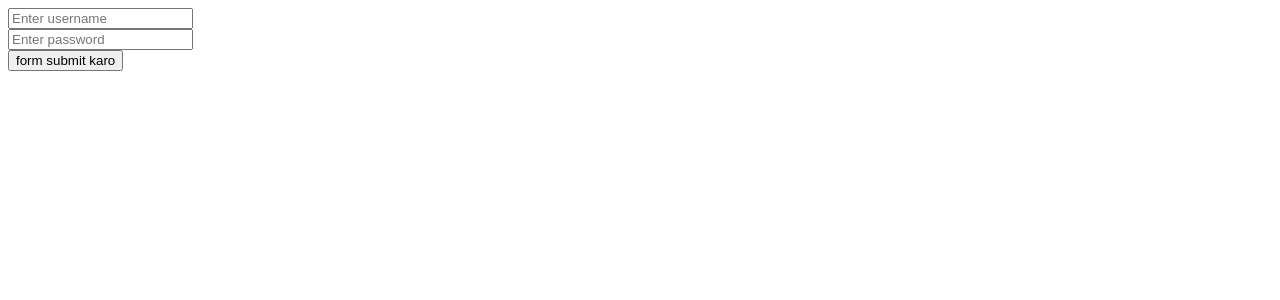
Repository: Solankinikhil/DailyWork
Page: eclipse-workspace/javaScriptExamples/WebContent/login.html
The author's editor kept a copy of each file at every save. The page is drawn from the files as they stood at one save, then again after the next save.
The browser window is 1280 px wide. The pictures show the whole page.

Above is the page before, as saved 2020-03-11 08:38:24.

### eclipse-workspace/javaScriptExamples/WebContent/login.html
<!DOCTYPE html>
<html>
<head>
<meta charset="ISO-8859-1">
<title>Insert title here</title>
</head>
<body>
	<form action="">
		<input type="text" name="un" placeholder="Enter username" /><br /> <input
			type="password" name="pwd" placeholder="Enter password" /><br /> <input
			type="submit" value="form submit karo" />
	</form>
</body>
<script type="text/javascript">
	function sayHello() {
		document.write("<h1>Hello Good Afternoon</h1>")
	}
</script>
	</html>

After the next save:
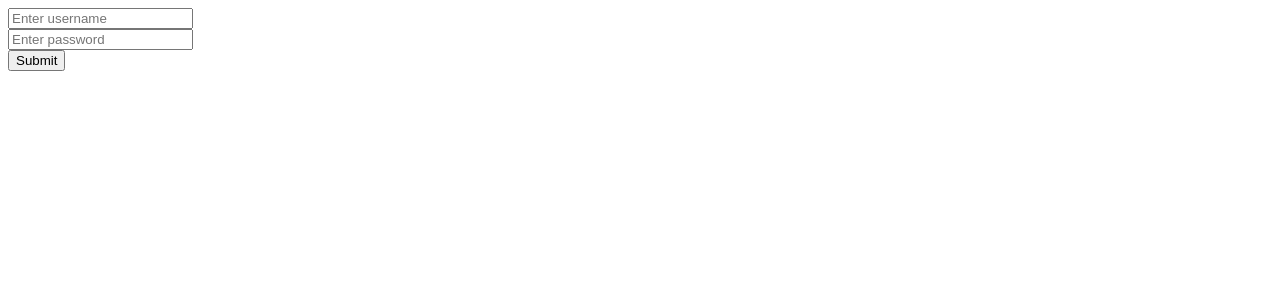
Saved 64 s later.
--- a/eclipse-workspace/javaScriptExamples/WebContent/login.html
+++ b/eclipse-workspace/javaScriptExamples/WebContent/login.html
@@ -6,14 +6,14 @@
 </head>
 <body>
 	<form action="">
-		<input type="text" name="un" placeholder="Enter username" /><br /> <input
-			type="password" name="pwd" placeholder="Enter password" /><br /> <input
-			type="submit" value="form submit karo" />
+		<input type="text" name="userName" placeholder="Enter username" /><br /> <input
+			type="password" name="password" placeholder="Enter password" /><br /> <input
+			type="Submit" value="Submit" />
 	</form>
 </body>
 <script type="text/javascript">
 	function sayHello() {
-		document.write("<h1>Hello Good Afternoon</h1>")
+		document.write("<h1>Hello Good Afternoon All</h1>");
 	}
 </script>
-	</html>
+</html>
